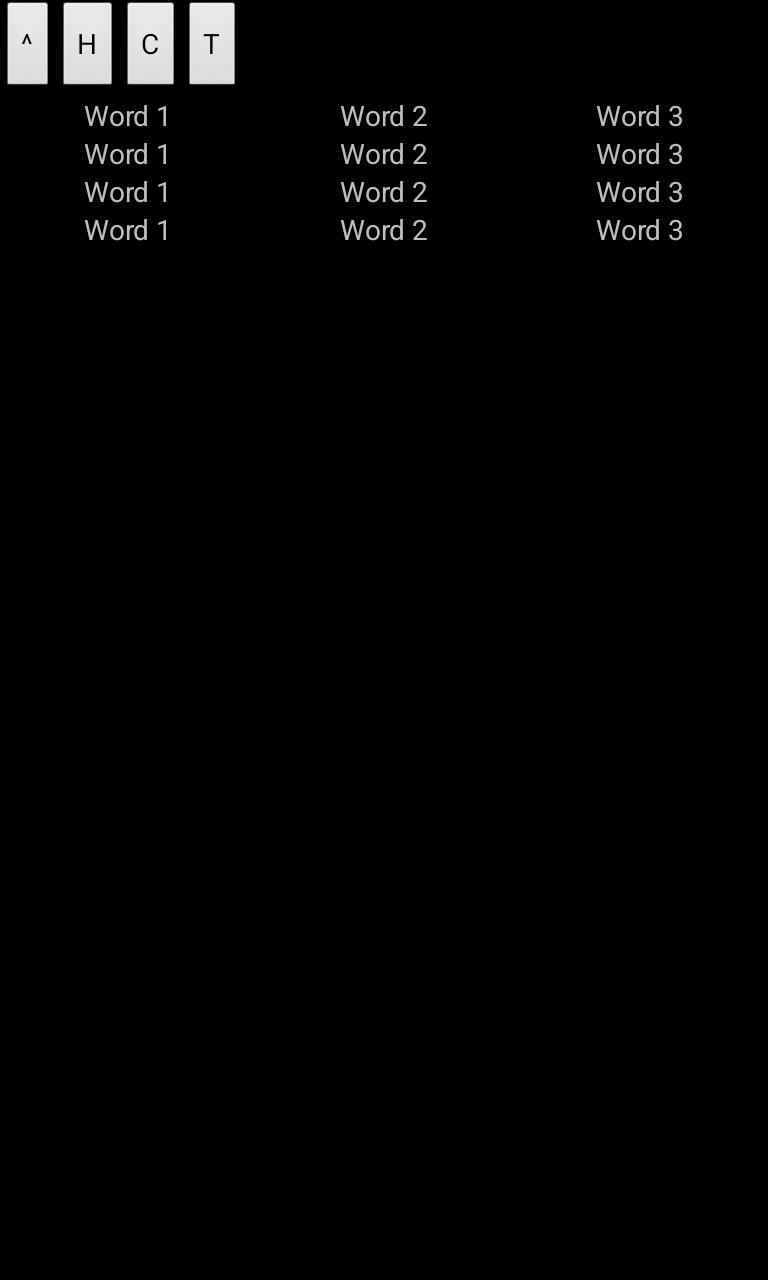
Repository: simplesns/workspace
Layout: eclipse/DEPuzzles/res/layout/wordsearch.xml
The author's editor kept a copy of each file at every save. The layout is drawn from the files as they stood at one save, then again after the next save.
It is drawn on a 768 x 1280 px phone screen (xhdpi) without system bars, with theme android:Theme; the app's code is not run.

Above is the layout before, as saved 2011-02-04 08:35:47.

### eclipse/DEPuzzles/res/layout/wordsearch.xml
<?xml version="1.0" encoding="utf-8"?>
<LinearLayout xmlns:android="http://schemas.android.com/apk/res/android"
	android:layout_width="fill_parent" android:layout_height="fill_parent"
	android:orientation="vertical">
	<LinearLayout android:id="@+id/LinearLayout01"
		android:layout_width="wrap_content" android:layout_height="wrap_content">
		<Button android:text="^" android:id="@+id/Button01"
			android:layout_width="wrap_content" android:layout_height="wrap_content"></Button>
		<Button android:text="H" android:id="@+id/Button02"
			android:layout_width="wrap_content" android:layout_height="wrap_content"></Button>
		<Button android:text="C" android:id="@+id/Button03"
			android:layout_width="wrap_content" android:layout_height="wrap_content"></Button>
		<Button android:text="T" android:id="@+id/Button04"
			android:layout_width="wrap_content" android:layout_height="wrap_content"></Button>
	</LinearLayout>
	<LinearLayout android:id="@+id/LinearLayout02"
		android:layout_width="wrap_content" android:layout_height="wrap_content"></LinearLayout>
	<TableLayout android:id="@+id/TableLayout01"
		android:layout_width="fill_parent" android:layout_height="wrap_content">
		<TableRow android:id="@+id/TableRow01" android:layout_width="fill_parent"
			android:layout_height="wrap_content">
			<TextView android:text="Word 1" android:id="@+id/TextView01"
				android:layout_width="wrap_content" android:layout_height="wrap_content"
				android:layout_weight="1" android:gravity="center_horizontal"></TextView>
			<TextView android:text="Word 2" android:id="@+id/TextView01"
				android:layout_width="wrap_content" android:layout_height="wrap_content"
				android:layout_weight="1" android:gravity="center_horizontal"></TextView>
			<TextView android:text="Word 3" android:id="@+id/TextView01"
				android:layout_width="wrap_content" android:layout_height="wrap_content"
				android:layout_weight="1" android:gravity="center_horizontal"></TextView>
		</TableRow>
		<TableRow android:id="@+id/TableRow01" android:layout_width="fill_parent"
			android:layout_height="wrap_content">
			<TextView android:text="Word 1" android:id="@+id/TextView01"
				android:layout_width="wrap_content" android:layout_height="wrap_content"
				android:layout_weight="1" android:gravity="center_horizontal"></TextView>
			<TextView android:text="Word 2" android:id="@+id/TextView01"
				android:layout_width="wrap_content" android:layout_height="wrap_content"
				android:layout_weight="1" android:gravity="center_horizontal"></TextView>
			<TextView android:text="Word 3" android:id="@+id/TextView01"
				android:layout_width="wrap_content" android:layout_height="wrap_content"
				android:layout_weight="1" android:gravity="center_horizontal"></TextView>
		</TableRow>
		<TableRow android:id="@+id/TableRow01" android:layout_width="fill_parent"
			android:layout_height="wrap_content">
			<TextView android:text="Word 1" android:id="@+id/TextView01"
				android:layout_width="wrap_content" android:layout_height="wrap_content"
				android:layout_weight="1" android:gravity="center_horizontal"></TextView>
			<TextView android:text="Word 2" android:id="@+id/TextView01"
				android:layout_width="wrap_content" android:layout_height="wrap_content"
				android:layout_weight="1" android:gravity="center_horizontal"></TextView>
			<TextView android:text="Word 3" android:id="@+id/TextView01"
				android:layout_width="wrap_content" android:layout_height="wrap_content"
				android:layout_weight="1" android:gravity="center_horizontal"></TextView>
		</TableRow>
		<TableRow android:id="@+id/TableRow01" android:layout_width="fill_parent"
			android:layout_height="wrap_content">
			<TextView android:text="Word 1" android:id="@+id/TextView01"
				android:layout_width="wrap_content" android:layout_height="wrap_content"
				android:layout_weight="1" android:gravity="center_horizontal"></TextView>
			<TextView android:text="Word 2" android:id="@+id/TextView01"
				android:layout_width="wrap_content" android:layout_height="wrap_content"
				android:layout_weight="1" android:gravity="center_horizontal"></TextView>
			<TextView android:text="Word 3" android:id="@+id/TextView01"
				android:layout_width="wrap_content" android:layout_height="wrap_content"
				android:layout_weight="1" android:gravity="center_horizontal"></TextView>
		</TableRow>

	</TableLayout>
</LinearLayout>

After the next save:
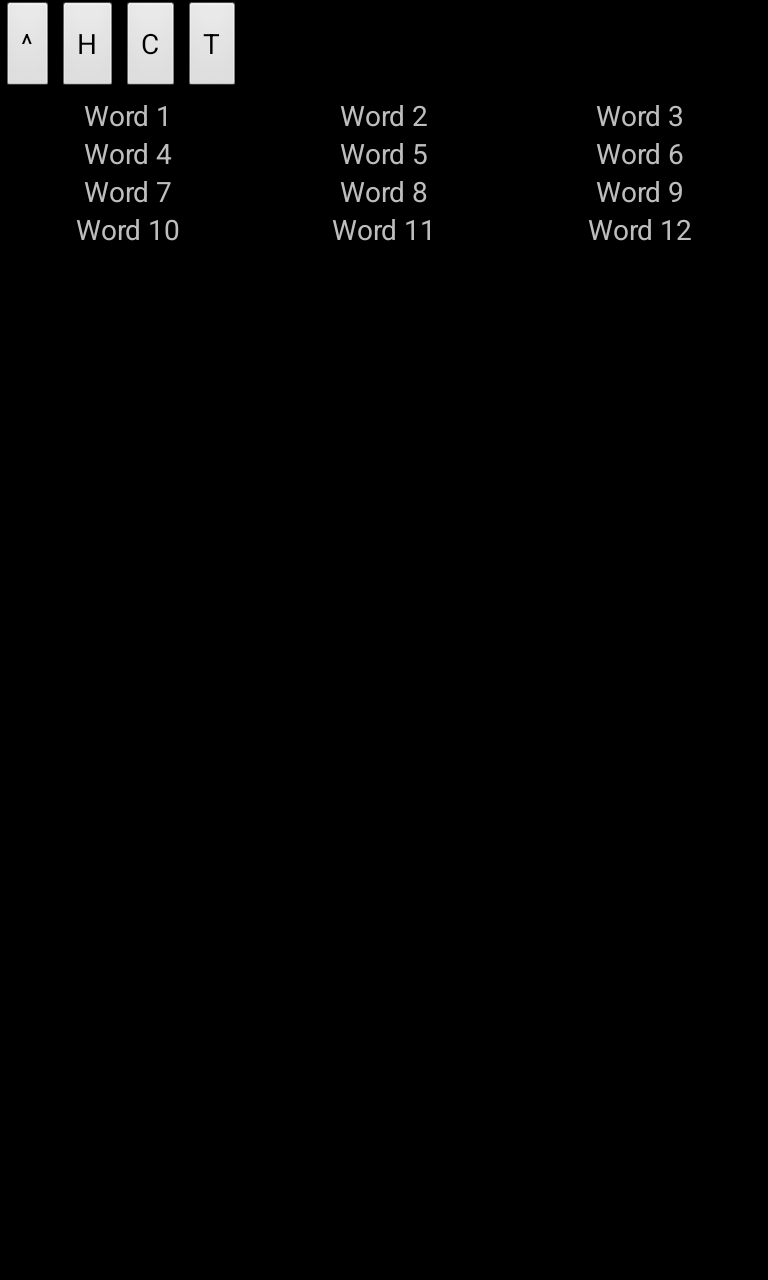
Saved 85 min 35 s later.
--- a/eclipse/DEPuzzles/res/layout/wordsearch.xml
+++ b/eclipse/DEPuzzles/res/layout/wordsearch.xml
@@ -31,37 +31,37 @@
 		</TableRow>
 		<TableRow android:id="@+id/TableRow01" android:layout_width="fill_parent"
 			android:layout_height="wrap_content">
-			<TextView android:text="Word 1" android:id="@+id/TextView01"
+			<TextView android:text="Word 4" android:id="@+id/TextView01"
 				android:layout_width="wrap_content" android:layout_height="wrap_content"
 				android:layout_weight="1" android:gravity="center_horizontal"></TextView>
-			<TextView android:text="Word 2" android:id="@+id/TextView01"
+			<TextView android:text="Word 5" android:id="@+id/TextView01"
 				android:layout_width="wrap_content" android:layout_height="wrap_content"
 				android:layout_weight="1" android:gravity="center_horizontal"></TextView>
-			<TextView android:text="Word 3" android:id="@+id/TextView01"
+			<TextView android:text="Word 6" android:id="@+id/TextView01"
 				android:layout_width="wrap_content" android:layout_height="wrap_content"
 				android:layout_weight="1" android:gravity="center_horizontal"></TextView>
 		</TableRow>
 		<TableRow android:id="@+id/TableRow01" android:layout_width="fill_parent"
 			android:layout_height="wrap_content">
-			<TextView android:text="Word 1" android:id="@+id/TextView01"
+			<TextView android:text="Word 7" android:id="@+id/TextView01"
 				android:layout_width="wrap_content" android:layout_height="wrap_content"
 				android:layout_weight="1" android:gravity="center_horizontal"></TextView>
-			<TextView android:text="Word 2" android:id="@+id/TextView01"
+			<TextView android:text="Word 8" android:id="@+id/TextView01"
 				android:layout_width="wrap_content" android:layout_height="wrap_content"
 				android:layout_weight="1" android:gravity="center_horizontal"></TextView>
-			<TextView android:text="Word 3" android:id="@+id/TextView01"
+			<TextView android:text="Word 9" android:id="@+id/TextView01"
 				android:layout_width="wrap_content" android:layout_height="wrap_content"
 				android:layout_weight="1" android:gravity="center_horizontal"></TextView>
 		</TableRow>
 		<TableRow android:id="@+id/TableRow01" android:layout_width="fill_parent"
 			android:layout_height="wrap_content">
-			<TextView android:text="Word 1" android:id="@+id/TextView01"
+			<TextView android:text="Word 10" android:id="@+id/TextView01"
 				android:layout_width="wrap_content" android:layout_height="wrap_content"
 				android:layout_weight="1" android:gravity="center_horizontal"></TextView>
-			<TextView android:text="Word 2" android:id="@+id/TextView01"
+			<TextView android:text="Word 11" android:id="@+id/TextView01"
 				android:layout_width="wrap_content" android:layout_height="wrap_content"
 				android:layout_weight="1" android:gravity="center_horizontal"></TextView>
-			<TextView android:text="Word 3" android:id="@+id/TextView01"
+			<TextView android:text="Word 12" android:id="@+id/TextView01"
 				android:layout_width="wrap_content" android:layout_height="wrap_content"
 				android:layout_weight="1" android:gravity="center_horizontal"></TextView>
 		</TableRow>
